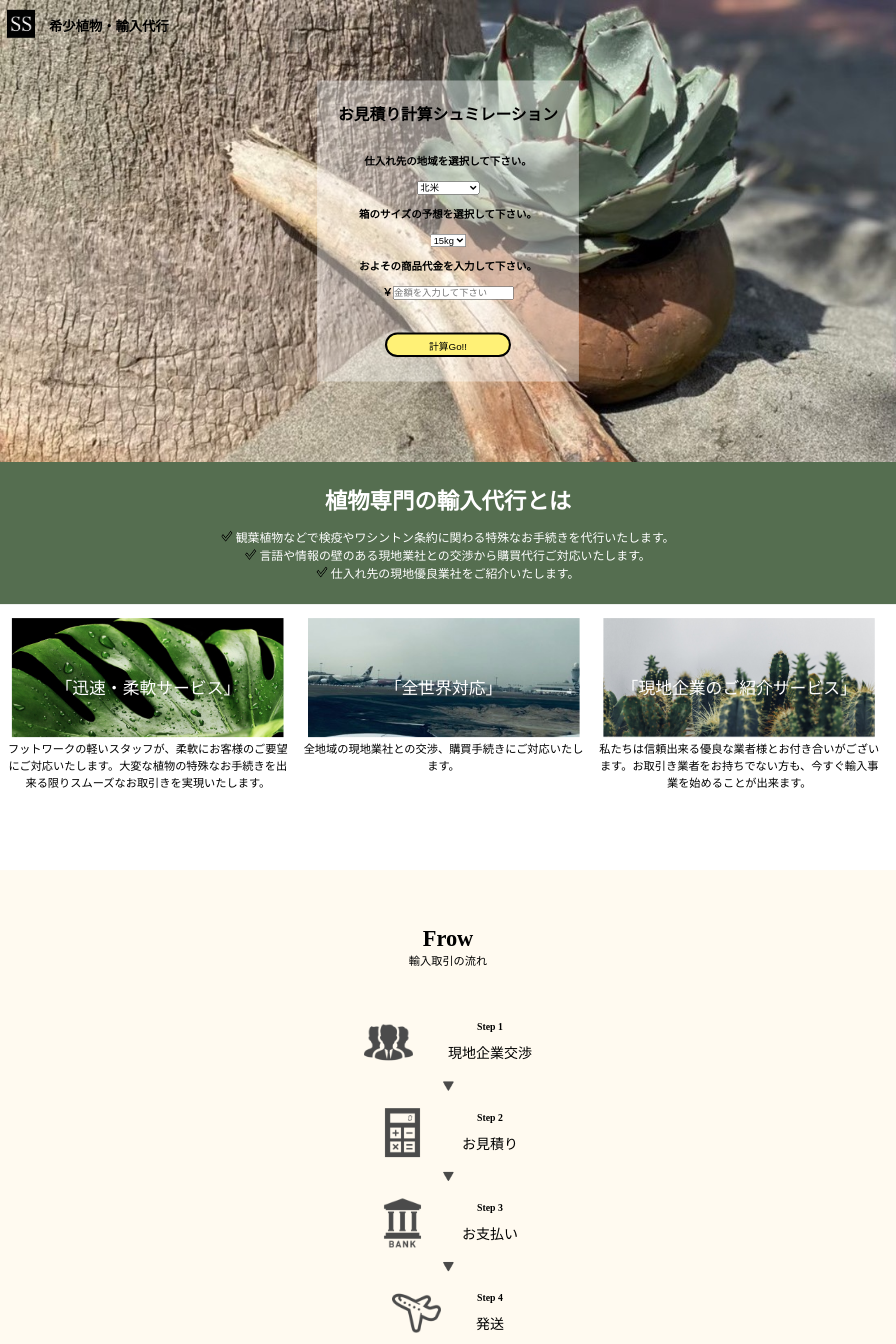
Repository: Seiya00002/seeds-surf-lp
Page: index.html
The author's editor kept a copy of each file at every save. The page is drawn from the files as they stood at one save, then again after the next save.
The browser window is 1280 px wide. The pictures show the part of the page from y = 0 to 1920 px (the page is 4263 px tall), at 70% of full size.

Above is the page before, as saved 2023-07-19 08:24:49.

### index.html
<!DOCTYPE html>
<html lang="ja">
<head>
    <meta charset="UTF-8">
    <meta http-equiv="X-UA-Compatible" content="IE=edge">
    <meta name="viewport" content="width=device-width, initial-scale=1.0">
    <title>輸入代行SEEDS SURF</title>
    <link rel="stylesheet" href="css/style.css">
</head>
<body>
    <header>
        <div class="header_left">
            <img src="img/sslogo.jpg"
                alt="logo"
                width="40"
                height="40"
                class="logo">
            <h1>希少植物・輸入代行</h1>

        </div>
        <!-- <div class="header_right">
            <img src="img/tel_logo.png"
                alt="tel_logo"
                width="35"
                height="35"
                class="tel_logo">
            <div class="header_contact">
                <h2>090-3048-2693</h2>
                <p>（平日9:00 ~ 18:00）</p>
            </div>
        </div> -->
    </header>

    <main>
        <div class="top_wrapper">
            <div class="container">
                <div class="hero_message">
                    <div class="calculation-app">
                        <h2>お見積り計算シュミレーション</h2>

                            <p>仕入れ先の地域を選択して下さい。</p>
                            <form name="form1">
                                <select name="place">
                                    <option value="1.3">北米</option>
                                    <option value="1.2">ヨーロッパ</option>
                                    <option value="1">アジア</option>
                                </select>
                            </form>

                            <p>箱のサイズの予想を選択して下さい。</p>
                            <form name="form2">
                                <select name="box">
                                    <option value="18350">15kg</option>
                                    <option value="13350">10kg</option>
                                    <option value="8150">5kg</option>
                                </select>
                            </form>
                            <p>およその商品代金を入力して下さい。</p>
                            <label>￥</label><input
                            type="text"
                            id="price"
                            value=""
                            placeholder="金額を入力して下さい"
                            maxlength="7"
                            size="19"
                            ></label>

                            <br>
                            <br>
                            <div class="btn-box">
                                <button id="button">計算Go!!</button>
                            </div>
                    </div>
                </div>
            </div>
        </div>


        <!-- 見積り表 -->
    <div id="estimate_table" class="estimate_wrapper">
        <div class="container">
            <h3>予想お見積り表</h3>
            <table align="center" class="estimate">
                <tr>
                    <th>商品代金</th>
                    <td>¥<span id="span2"></span></td>
                </tr>
                <tr>
                    <th>検疫手数料</th>
                    <td>¥<span id="span3"></span></td>
                </tr>
                <tr>
                    <th>送料</th>
                    <td>¥<span id="span4"></span></td>
                </tr>
                <tr>
                    <th>弊社代行手数料</th>
                    <td>¥<span id="span5"></span></td>
                </tr>
                <tr>
                    <th>海外送金手数料</th>
                    <td>¥<span id="span6"></span></td>
                </tr>
                <tr>
                    <th>税金</th>
                    <td>¥<span id="span7"></span></td>
                </tr>
                <tr>
                  <th class="total">合計</th>
                  <th class="total">¥<span id="span1"></span></th>
              </tr>
            </table>
            <h4>詳しくは下記の「Cost」欄をご覧下さい。</h4>
        </div>
    </div>
        <div class="top_message">
            <div class="container">
                <div class="message">
                    <h1>植物専門の輸入代行とは</h1>
                    <p><img class="check" src="./img/check_icon.png"> 観葉植物などで検疫やワシントン条約に関わる特殊なお手続きを代行いたします。
                        <br><img class="check" src="./img/check_icon.png"> 言語や情報の壁のある現地業社との交渉から購買代行ご対応いたします。
                        <br><img class="check" src="./img/check_icon.png"> 仕入れ先の現地優良業社をご紹介いたします。
                    </p>

                </div>
            </div>
        </div>

        <div class="project_wrapper">
            <div class="container">
                <div class="projects">
                    <div class="project">
                        <div class="project_icon">
                            <img src="img/project_imag1.jpg">
                            <h2>「迅速・柔軟サービス」</h2>
                        </div>
                        <p class="text_contents">フットワークの軽いスタッフが、柔軟にお客様のご要望にご対応いたします。大変な植物の特殊なお手続きを出来る限りスムーズなお取引きを実現いたします。</p>

                    </div>
                    <div class="project">
                        <div class="project_icon">
                            <img src="img/pro_airport.jpg">
                            <h2>「全世界対応」</h2>
                        </div>
                        <p class="text_contents">全地域の現地業社との交渉、購買手続きにご対応いたします。</p>

                    </div>
                    <div class="project">
                        <div class="project_icon">
                            <img src="img/project_img3.jpg">
                            <h2>「現地企業のご紹介サービス」</h2>
                        </div>
                        <p class="text_contents">私たちは信頼出来る優良な業者様とお付き合いがございます。お取引き業者をお持ちでない方も、今すぐ輸入事業を始めることが出来ます。</p>
                    </div>
                        <div class="clear"></div>

                </div>
            </div>
        </div>
        <div class="service_wrapper">
            <div class="container">
                <div class="service_heading">
                    <h1>Frow</h1>
                    <p>輸入取引の流れ</p>
                </div>
                <div class="step">
                    <img src="img/person_img.png"
                    class="step_icon">
                    <div class="step_cont">
                        <h2>Step 1</h2>
                        <p>現地企業交渉</p>
                    </div>
                </div>
                <img src="img/down_img.png" class="step_icon2">

                <div class="step">
                    <img src="img/cal_img.png"
                    class="step_icon">
                    <div class="step_cont">
                        <h2>Step 2</h2>
                        <p>お見積り</p>
                    </div>
                </div>
                <img src="img/down_img.png" class="step_icon2">

                <div class="step">
                    <img src="img/bank_img.png"
                    class="step_icon">
                    <div class="step_cont">
                        <h2>Step 3</h2>
                        <p>お支払い</p>
                    </div>
                </div>
                <img src="img/down_img.png" class="step_icon2">
                <div class="step">
                    <img src="img/airp_imag.png"
                    class="step_icon">
                    <div class="step_cont">
                        <h2>Step 4</h2>
                        <p>発送</p>
                    </div>
                </div>
                <img src="img/down_img.png" class="step_icon2">
                <div class="step">
                    <img src="img/drivery_img.png"
                    class="step_icon">
                    <div class="step_cont">
                        <h2>Step 5</h2>
                        <p>お受取り</p>
                    </div>
                </div>
            </div>
        </div>

        <!-- スライドショー -->
        <div class="slide_wrapper">
            <div id="slide" class="slideshow">
                <p class="disc">SEEDS SURF</p>
                <a class="arrow next" id="right" href="#"></a>
                <a class="arrow back" id="left" href="#"></a>
            </div>
        </div>

        <div class="cost_wrapper">
            <div class="container">
                <div class="cost_heading">
                    <h1>Cost</h1>
                    <p>料金について</p>
                </div>
                <div class="cost_cont">
                    <div class="list01">
                        <p>商品代金</p>
                    </div>
                    <div class="list01">
                        <p>検疫手数料</p>
                    </div>
                    <div class="list01">
                        <p>輸送費用</p>
                    </div>
                    <div class="list02">
                        <p>税金</p>
                    </div>
                    <div class="list02">
                        <p>振込手数料</p>
                    </div>
                    <div class="list02">
                        <p>輸入代行手数料</p>
                    </div>
                    <!-- <div class="clear"></div> -->
                </div>
                <div class="cost_message">
                    <h1>総額を確認してから、ご依頼をお決めいただけます。</h1>
                    <p>SEEDS SURFでの過去の取引よりお見積り例をご案内できますので、まずはお気軽にご相談下さい。</p>
                </div>
            </div>
        </div>
        <div class="contact_wrapper">
            <div class="container">
                <h1>ご不明な点はありますか？</h1>
                <p>些細なことでも構いません。まずはお問い合わせください。</p>
                <a href="https://seeds-surf.com/%e3%81%8a%e5%95%8f%e3%81%84%e5%90%88%e3%82%8f%e3%81%9b/" class="btn contact">お問い合わせはこちら</a>
                <!-- <h2>TEL : 090-3048-2693</h2> -->
                <!-- <p>メールフォームよりお問い合わせ下さい。<br>営業時間：平日10：00〜19：00</p> -->
            </div>
        </div>
        <div class="company_wrapper">
            <div class="container">
                <h1>Company</h1>
                <p>会社概要</p>
                <table align="center" class="company">
                    <tr>
                        <th>会社名</th>
                        <td>SEEDS SURF（シーズサーフ）</td>
                    </tr>
                    <tr>
                        <th>所在地</th>
                        <td>〒156-0055 東京都世田谷区船橋2-5-7-211</td>
                    </tr>
                    <tr>
                        <th>電話番号</th>
                        <td>090-3048-2693</td>
                    </tr>
                    <tr>
                        <th>代表者</th>
                        <td>松本　聖矢</td>
                    </tr>
                    <tr>
                        <th>設立</th>
                        <td>2019年3月</td>
                    </tr>
                </table>
            </div>
        </div>


    </main>

    <footer>
        <div class="container">
                <img src="img/sslogo.jpg"
                    alt="logo"
                    width="40"
                    height="40"
                    class="logo">
                <h1>SEEDS SURF</h1>
                <p>〒156-0055 東京都世田谷区船橋2-5-7-211</p>
                <hr color="gray">
                <small>(c) SEEDS SURF All right reserved</small>
        </div>
    </footer>

    <script src="./app.js"></script>
</body>
</html>

### css/style.css
/* all */
*{
    box-sizing: border-box;
    margin: 0;
    padding: 0;
}

h1 {
    font-family: 'Times New Roman', Times, serif;

}

h2 ,h3 ,p {
    font-family: 'Hiragino Sans';

}
/* header */

header {
    height: 70px;
    display: flex;
    align-items: center;
    position: absolute;
}

.header_left {
    display: flex;
}

.header_right {
    display: flex;
    margin: 0 0 0 auto;
}

.logo {
    margin: 10px 10px;
}

.tel_logo {
    margin: 20px 10px;
}

header h1 {
    font-size: 19px;
    padding: 18px 10px;
}

header h2 {
    font-size: 21px;
    padding: 15px 10px 0 0;
}

header p {
    padding-bottom: 10px;
}
.container {
    text-align: center;
    width: 100%;
}

/* main */

/* top */
.top_wrapper {
    color: white;
    width: 100%;
    height: auto;
}

.hero_message {
    background-image: url(../img/cream-spike.jpg);
    background-size: cover;

    font-size: 15px;
    color: black;
    height: 660px;
    min-width:100%;
    font-weight: bold;
    display: flex;
    justify-content: center;
    align-items: center;
    line-height: 2.5em;
    /* background: rgb(255, 255, 255,0.4); */
}

.calculation-app {
    background: rgb(255, 255, 255,0.4);
    padding: 30px;
}

.hero_message h2 {
    padding-bottom: 30px;
}

.top_message {
    background-color: rgb(85, 110, 80);
    color: white;
    padding: 30px 0;
}

.top_message p {
    padding-top: 20px;
    font-size: 17px;
    line-height: 1.6rem;
}

.check {
    width: 16px;
    height: 16px;
}

/* project_wrapper */
.project_wrapper {
    margin-bottom: 80px;
}

.project {
    float: left;
    width: 33%;
    padding: 20px 10px 20px 10px;
    height: 300px;

}

.project_icon {
    position: relative;

}

.project_icon h2 {
    position: absolute;
    top: 80px;
    width: 100%;
    color: white;
    font-weight: normal;

}

/* 要修正 */

@media (max-width: 1000px) {
    .project {
        width: 50%;
    }
}

@media (max-width: 670px) {
    .project {
        width: 100%;
    }
}

.clear {
    clear: left;
}

/* service_wrapper */
.service_wrapper {
    background-color: #fffaf0;
    padding: 80px 0;
}

.service_heading {
padding-bottom: 50px;
}

.step {
    display: flex;
    justify-content: center;
    align-items: center;
    padding: 20px 0;

}

.step_cont {
    padding-left: 50px;
}

.step_icon {
    width: 70px;
    height: 70px;

}

.step_icon2 {
    width: 15px;
    height: 15px;

}

.step h2 {
    font-size: 14px;
}

.step p {
    font-size: 20px;
    padding-top: 13px;
}

/* cost_wrapper */
.cost_wrapper {
    padding: 80px 0;
}

.cost_cont {
    padding-top: 50px;
    width: 650px;
    margin: 0 auto;
    flex-wrap: wrap;
    display: flex;

}


.list01 {
    background-color: black;
    width: 180px;
    height: 50px;
    color: white;
    margin: 20px 15px;
    justify-content: center;
    padding-top: 12px;

}

.list02 {
    background-color: black;
    width: 180px;
    height: 50px;
    color: white;
    margin: 20px 15px;
    justify-content: center;
    padding-top: 12px;


}

@media (max-width: 670px) {
    .cost_cont h2 {
        width: 50%;
    }
}

/* contact_wrapper */
.contact_wrapper {
    background-image: url(../img/sky&office_img.jpeg);
    padding: 80px 0;
    background-size: cover;
    text-shadow: 6px 6px 10px white, -6px -6px 10px white;
    font-weight: 530;
}


.contact_wrapper p {
    padding:8px 0 35px 0;
}

.btn {
    width: 180px;
    height: 35px;
    padding: 13px;
    font-size: 14px;
    color: black;
    background-color:#fff176;
    border: black solid;
    border-radius: 24px;
    user-select: none;
    cursor: pointer;
    text-decoration: none;
}

.btn:hover {
    opacity: .7;
}

.contact_wrapper h2 {
    padding-top: 35px;
}

/* company_wrapper */
.company_wrapper {
    padding: 80px 0;
    background-color: #fffaf0;

}

.company_wrapper p {
    padding-bottom: 20px;
}

table.company {
    border-collapse: collapse;
    width: 600px;
    background-color: white;
    margin: auto;
}

th, td {
    border: solid 1px #333;
    padding: 20px;
}

.company th,td {
    text-align: left;
}


/* footer */

footer {
    background-color: rgb(85, 110, 80);
    color: black;
    padding-bottom: 10px;

}

footer h1 {
    font-size: 17px;
}

footer p {
    font-size: 12px;
    padding-bottom: 10px;
}
small {
    font-size: 7px;

}


/* slideshow 追加 */
.slide_wrapper{
    max-width: 1200px;
    height: 600px;
    margin: auto;
    text-align: center;
}
/*画像配置*/
.slideshow{
    max-width: 100%;
    height: 100%;
    background-image: url(../img/import-img1.jpg);
    background-repeat: no-repeat;
    background-size: cover;
    background-position: 0% 50%;/*左 中央のよせ*/
}
/*文字*/
.disc{
    margin: auto;
    text-align: center;
    font-size: 3em;
    color: #ffffff;
    font-weight: 800;
    padding-top:5%;
}
/*>*/
.next{
    float: right;
    top: 160px;
    right: 50px;
}
/*<*/
.back{
    float: left;
    top: 160px;
    bottom: 0px;
    left: 30px;
}
/*矢印のデザイン*/
.arrow{
    position: relative;
    display: inline-block;
    padding: 0 0 0 16px;
    color: #000;
    vertical-align: middle;
    text-decoration: none;
    font-size: 15px;
}
.arrow::before,
.arrow::after{
    position: absolute;
    top: 0;
    bottom: 0;
    left: 0;
    margin: auto;
    content: "";
    vertical-align: middle;
}

.next::before{
    left: 0px;
    width: 30px;
    height: 30px;
    border-top: 5px solid rgb(255, 255, 255);
    border-right: 5px solid rgb(255, 255, 255);
    -webkit-transform: rotate(45deg);
    transform: rotate(45deg);
}
.back::before{
    left: 0px;
    width: 30px;
    height: 30px;
    border-bottom: 5px solid rgb(255, 255, 255);
    border-left: 5px solid rgb(255, 255, 255);
    -webkit-transform: rotate(45deg);
    transform: rotate(45deg);
}
/* CSSアニメーションの指定 */
.slideshow{
    transition: background-image 1s ease-in;
}

/* 計算シュミレーション追加 */
.btn-box button {
    width: 180px;
    height: 35px;
    padding: 6px;
    font-size: 14px;
    color: black;
    background-color:#fff176;
    border: black solid;
    border-radius: 24px;
    user-select: none;
    cursor: pointer;
  }

  .btn-box button:hover {
    opacity: .7;
  }


/* 見積り表追加 */
.estimate_wrapper {
    display: none;
    background-color: #fffaf0;
    padding: 40px 0;
}
.estimate_wrapper h3 {
    padding-bottom: 20px;
}
.estimate_wrapper h4 {
    padding-top: 20px;
}

table.estimate {
    border-collapse: collapse;
    width: 450px;
    background-color: white;
    margin: auto;
}

.estimate th{
    padding: 15px 20px;
    text-align: center;
}

.estimate td{
    text-align: center;
}

th.total {
    background: rgb(224, 224, 224);
}

.estimate_wrapper.appear {
    display: block;
    animation: .5s fadeIn;
  }

  @keyframes fadeIn {
    0% {
      opacity: 0;
      transform: translateY(-10px);
    }
    100% {
      opacity: 1;
      transform: none;
    }
  }



/*
@media screen and (max-width:768px) {
  .slide-pic{
    height: 250px;
  }
    .disc{
        padding-top:5%;
    }
    .next{
        top: 30px;
    }
    .back{
        top: 30px;
    }
} */

### app.js
// スライドショー機能
window.onload =
function (){

    let images = [
        'url(./img/import-img1.jpg)',
        'url(./img/import-img2.jpg)',
        'url(./img/import-img3.jpg)'
    ]

    let target = document.querySelector('#slide');
    let right = document.querySelector('#right');
    let left = document.querySelector('#left');

    // 画像カウンター表示
    let count = 0;

    function change(){
        target.style.backgroundImage = images[count];
        if( count == 2){
            count = 0;
        } else {
            count++;
        }
    }

    function goNext(event) {
        event.preventDefault();
        change();
    }

    function goBack(event) {
        event.preventDefault();
        if( count == 0){
            count = 2;
        } else {
            count--;
        } change();
    }

    right.addEventListener( 'click', goNext, false);
    left.addEventListener( 'click', goBack, false);


setInterval(change, 3000);


// 計算シュミレーションapp

let button = document.getElementById("button");
button.onclick = clickBtn1;

function clickBtn1(){

    const place = document.form1.place;
    const box = document.form2.box;
    const price = document.getElementById('price');

    // 値(数値)を取得
    const num = place.selectedIndex;
    const boxnum = box.selectedIndex;
    console.log(boxnum);

    // 値(数値)から値(value値)を取得
    let region = place.options[num].value;
    let boxPrice = box.options[boxnum].value;
    let plantsPriceString = price.value;

    let plantsPrice = parseInt(plantsPriceString, 10); // plantsPriceStringを数値に変換

    const phyto = 10000;
    let argent = plantsPrice * 0.2;
    let boxCalc = boxPrice*region

    let boxPriceValue = parseInt(boxCalc, 10);

    let sendingMoneyNum = (plantsPrice + boxPriceValue) * 0.0073;
    let sendingMoney = Math.round(sendingMoneyNum);
    let tax = plantsPrice * 0.07;

    let taxValue = parseInt(tax, 10);
    let sendingMoneyNumValue = parseInt(sendingMoney, 10);


    let estimateNum = ( region * boxPrice) + (plantsPrice *0.2) + phyto + plantsPrice + sendingMoneyNumValue + taxValue;
    let plantsValue = plantsPrice.toLocaleString();
    let phytoFee = phyto.toLocaleString();
    let boxFee = boxPriceValue.toLocaleString();
    let argentFee = argent.toLocaleString();
    let sendingMoneyFee = sendingMoney.toLocaleString();
    let taxFee = tax.toLocaleString();
    let estimate = estimateNum.toLocaleString();

    document.getElementById("span1").textContent = estimate;
    document.getElementById("span2").textContent = plantsValue;
    document.getElementById("span3").textContent = phytoFee;
    document.getElementById("span4").textContent = boxFee;
    document.getElementById("span5").textContent = argentFee;
    document.getElementById("span6").textContent = sendingMoneyFee;
    document.getElementById("span7").textContent = taxFee;

  }

// 見積り表示切り替え

const btn = document.getElementById('button')
btn.addEventListener('click', () => {
    const estimate_table = document.getElementById('estimate_table');
    const priceForm = document.getElementById('price');

    if(priceForm.value ===''){
        window.alert('金額を入力して下さい。');
    } else {

    estimate_table.classList.toggle('appear');

    }

    if (btn.textContent == "計算Go!!") {
      btn.textContent = "閉じる";
    } else {
      btn.textContent = "計算Go!!";
    }
  });

};

After the next save:
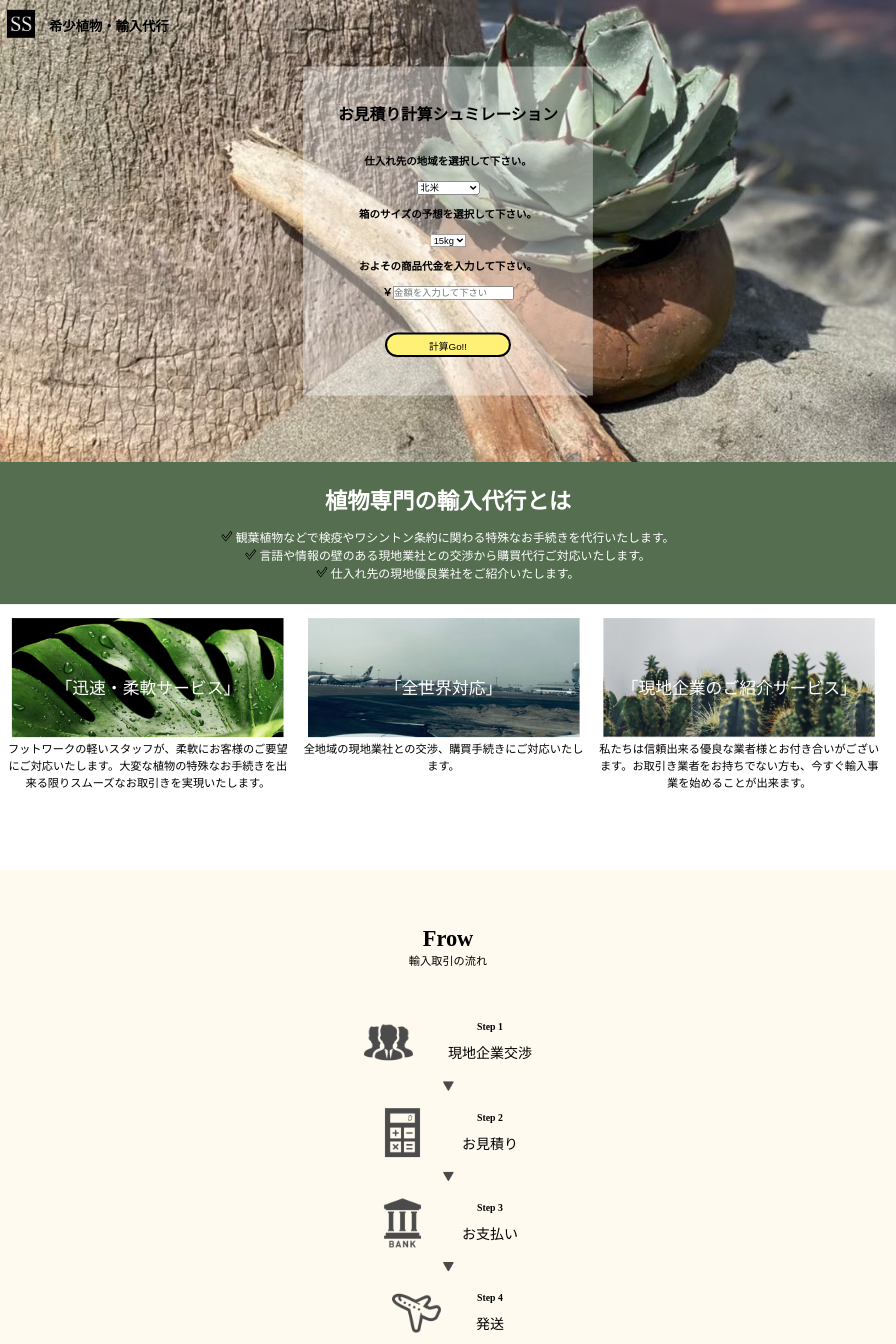
Saved 7 s later.
--- a/css/style.css
+++ b/css/style.css
@@ -85,7 +85,7 @@ header p {
 
 .calculation-app {
     background: rgb(255, 255, 255,0.4);
-    padding: 30px;
+    padding: 50px;
 }
 
 .hero_message h2 {
